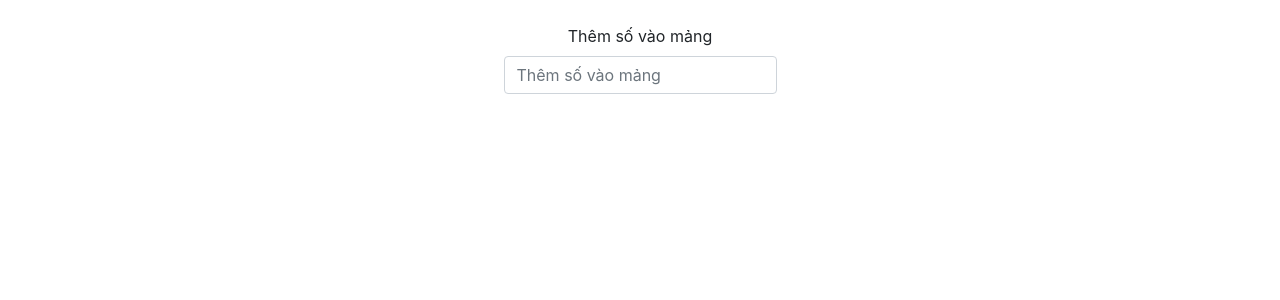
Repository: baobaodeveloper/bootcamp21__array__HuynhAnhBao
Page: index.html
An editor plug-in stored every save of this project. The page is shown before and after the next save, followed by the edit.
The browser window is 1280 px wide. The pictures show the whole page.

Above is the page before, as saved 2022-03-20 16:27:48.

### index.html
<!DOCTYPE html>
<html lang="en">
  <head>
    <title>JavaScript Array</title>
    <!-- Required meta tags -->
    <meta charset="utf-8" />
    <meta
      name="viewport"
      content="width=device-width, initial-scale=1, shrink-to-fit=no"
    />

    <!-- Bootstrap CSS -->
    <link
      rel="stylesheet"
      href="https://stackpath.bootstrapcdn.com/bootstrap/4.3.1/css/bootstrap.min.css"
      integrity="sha384-ggOyR0iXCbMQv3Xipma34MD+dH/1fQ784/j6cY/iJTQUOhcWr7x9JvoRxT2MZw1T"
      crossorigin="anonymous"
    />
  </head>
  <body>
    <div class="container d-flex justify-content-center align-items-center p-4">
      <div class="mb-3 text-center w-25">
        <label for="formGroupExampleInput" class="form-label"
          >Thêm số vào mảng</label
        >
        <input
          type="number"
          class="form-control"
          id="number"
          placeholder="Thêm số vào mảng"
        />
      </div>
    </div>
    <!-- Optional JavaScript -->
    <!-- jQuery first, then Popper.js, then Bootstrap JS -->
    <script
      src="https://code.jquery.com/jquery-3.3.1.slim.min.js"
      integrity="sha384-q8i/X+965DzO0rT7abK41JStQIAqVgRVzpbzo5smXKp4YfRvH+8abtTE1Pi6jizo"
      crossorigin="anonymous"
    ></script>
    <script
      src="https://cdnjs.cloudflare.com/ajax/libs/popper.js/1.14.7/umd/popper.min.js"
      integrity="sha384-UO2eT0CpHqdSJQ6hJty5KVphtPhzWj9WO1clHTMGa3JDZwrnQq4sF86dIHNDz0W1"
      crossorigin="anonymous"
    ></script>
    <script
      src="https://stackpath.bootstrapcdn.com/bootstrap/4.3.1/js/bootstrap.min.js"
      integrity="sha384-JjSmVgyd0p3pXB1rRibZUAYoIIy6OrQ6VrjIEaFf/nJGzIxFDsf4x0xIM+B07jRM"
      crossorigin="anonymous"
    ></script>
    <script src="app.js"></script>
  </body>
</html>

Loaded but not shown: app.js (no copy from this time; the picture is the same without it)

After the next save:
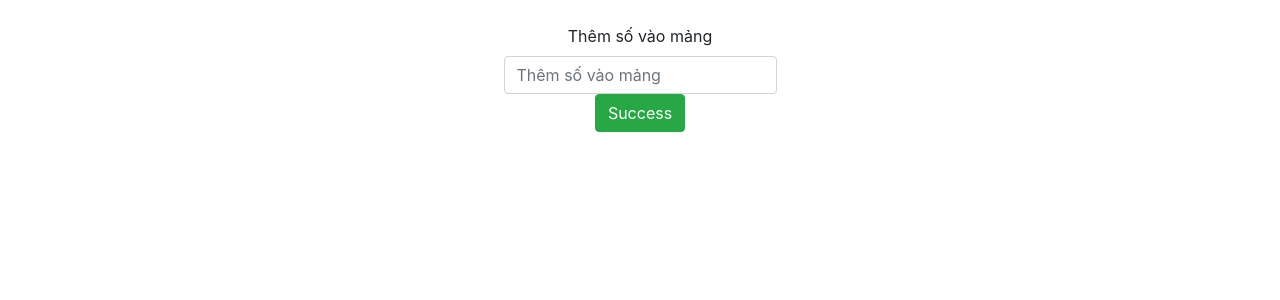
Saved 46 s later.
--- a/index.html
+++ b/index.html
@@ -29,6 +29,7 @@
           id="number"
           placeholder="Thêm số vào mảng"
         />
+        <button type="button" class="btn btn-success">Success</button>
       </div>
     </div>
     <!-- Optional JavaScript -->
